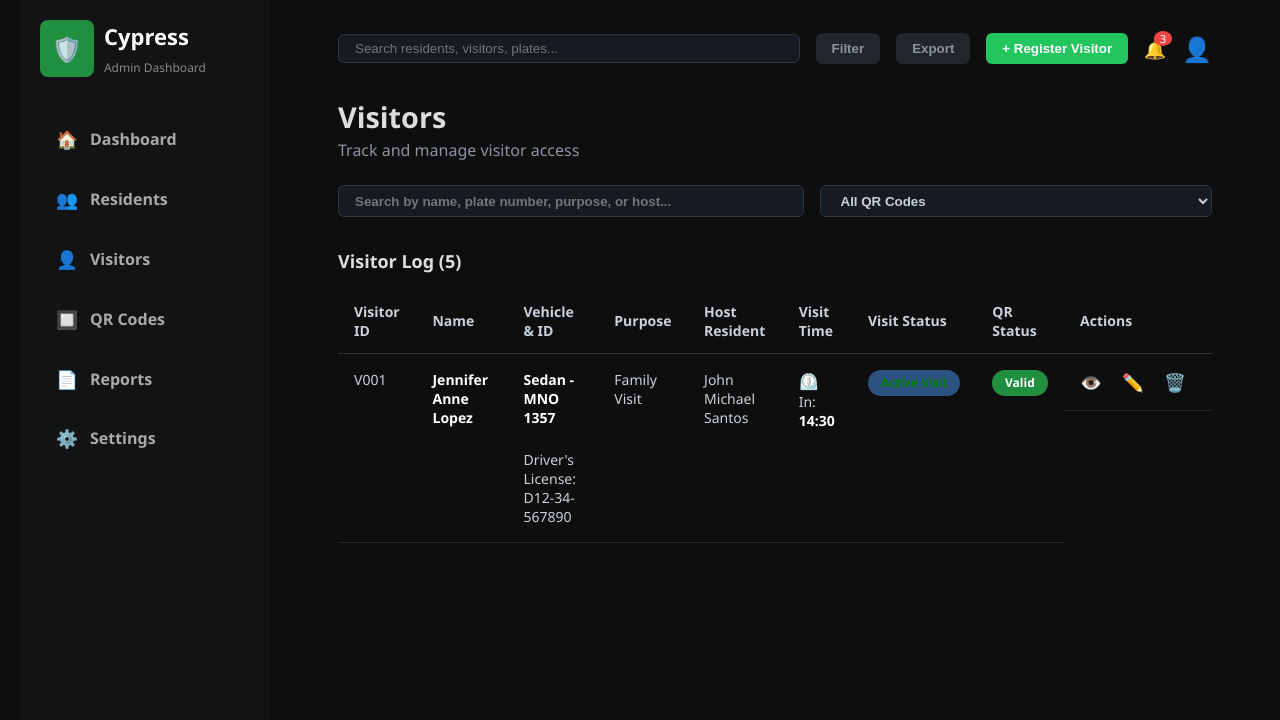
Repository: camuramon/my-project
Page: templates/admin/visitors.html
These files come from the project's save history. The page is drawn as it stood at one moment and after the next save; the edit follows.
The browser window is 1280 px wide. The pictures show the whole page.
The template is drawn by Flask 3. The application's start-up code is not run. Other server files are loaded and not shown. The template is opened directly, without the code that normally fills it, so the values that code supplies are empty.

Above is the page before, as saved 2025-09-03 12:23:31.
Console error: TypeError: Cannot set properties of null (setting 'innerHTML')

### templates/admin/visitors.html
<!DOCTYPE html>
<html lang="en">
<head>
    <meta charset="UTF-8" />
    <meta name="viewport" content="width=device-width, initial-scale=1" />
    <title>Cypress Admin Dashboard - Visitors</title>
    <!-- Connect visitor.css -->
<link rel="stylesheet" href="{{ url_for('static', filename='css/admin.css') }}">
<link rel="stylesheet" href="{{ url_for('static', filename='css/visitor.css') }}">
</head>
<body>
     <div class="container">
    <aside class="sidebar">
    <div class="logo">
        <div class="icon">🛡️</div>
        <div class="title">
            <h2>Cypress</h2>
            <span>Admin Dashboard</span>
        </div>
    </div>
    <nav>
        <ul class="sidebar-menu">
            <li class="{% if request.path == url_for('admin_dashboard') %}active{% endif %}">
                <a href="{{ url_for('admin_dashboard') }}"><span class="icon">🏠</span> Dashboard</a>
            </li>
            <li class="{% if request.path == url_for('admin_residents') %}active{% endif %}">
                <a href="{{ url_for('admin_residents') }}"><span class="icon">👥</span> Residents</a>
            </li>
            <li class="{% if request.path == url_for('admin_visitors') %}active{% endif %}">
                <a href="{{ url_for('admin_visitors') }}"><span class="icon">👤</span> Visitors</a>
            </li>
            <li>
                <a href="#"><span class="icon">🔲</span> QR Codes</a>
            </li>
            <li class="{% if request.path == url_for('admin_reports') %}active{% endif %}">
                <a href="{{ url_for('admin_reports') }}"><span class="icon">📄</span> Reports</a>
            </li>
            <li class="{% if request.path == url_for('admin_settings') %}active{% endif %}">
                <a href="{{ url_for('admin_settings') }}"><span class="icon">⚙️</span> Settings</a>
            </li>
        </ul>
    </nav>
</aside>


    <main class="main-content">
        <header class="topbar">
            <input type="search" placeholder="Search residents, visitors, plates..." />
            <div class="topbar-actions">
                <button class="btn filter">Filter</button>
                <button class="btn export">Export</button>
                <button class="btn register-visitor">+ Register Visitor</button>
                <div class="notification">
                    <span class="icon">🔔</span>
                    <span class="badge">3</span>
                </div>
                <div class="profile-icon">👤</div>
            </div>
        </header>

        <section class="page-info">
            <h2>Visitors</h2>
            <p>Track and manage visitor access</p>

            <div class="search-filter">
                <input type="search" placeholder="Search by name, plate number, purpose, or host..." />
                <select>
                    <option>All QR Codes</option>
                </select>
            </div>

            <div class="visitor-log">
                <h3>Visitor Log (5)</h3>
                  <div id="recent-visitors"></div>
                <table>
                    <thead>
                        <tr>
                            <th>Visitor ID</th>
                            <th>Name</th>
                            <th>Vehicle &amp; ID</th>
                            <th>Purpose</th>
                            <th>Host Resident</th>
                            <th>Visit Time</th>
                            <th>Visit Status</th>
                            <th>QR Status</th>
                            <th>Actions</th>
                        </tr>
                    </thead>
                    <tbody>
                        <tr>
                            <td>V001</td>
                            <td><strong>Jennifer Anne Lopez</strong></td>
                            <td>
                                <strong>Sedan - MNO 1357</strong><br />
                                Driver's License: D12-34-567890
                            </td>
                            <td>Family Visit</td>
                            <td>John Michael <br /> Santos</td>
                            <td><span class="clock-icon">⏲️</span> In:<br /><strong>14:30</strong></td>
                            <td><span class="status active-visit">Active Visit</span></td>
                            <td><span class="qr-status valid">Valid</span></td>
                            <td class="actions">
                                <span class="icon">👁️</span>
                                <span class="icon">✏️</span>
                                <span class="icon">🗑️</span>
                            </td>
                        </tr>
                        <!-- Additional visitor rows -->
                    </tbody>
                </table>
            </div>
        </section>
    </main>
<script src="{{ url_for('static', filename='js/visitors.js') }}"></script>

</body>
</html>

### static/css/admin.css
/* ===========================
   GENERAL RESET & BASE STYLES
=========================== */


* {
    box-sizing: border-box;
    margin: 0;
    padding: 0;
}

body {
    font-family: 'Segoe UI', Tahoma, Geneva, Verdana, sans-serif;
    background-color: #0e0e0f;
    color: #ddd;
    display: flex;
    min-height: 100vh;
}
html, body {
    height: 100%;
    width: 100%;
    margin: 0;
    padding: 0;
    overflow-x: hidden;
}

.container {
    display: flex;
    width: 100%;
    height: 100vh;
}


/* ===========================
   SIDEBAR
=========================== */
.sidebar {
    width: 250px;
    height: 100vh;
    background-color: #121314;
    padding: 20px;
    flex-shrink: 0;
}


.logo {
    display: flex;
    align-items: center;
    margin-bottom: 40px;
}

.logo .icon {
    background-color: #208f3f;
    padding: 12px;
    border-radius: 8px;
    font-size: 24px;
    color: white;
    margin-right: 10px;
}

.logo .title h2 {
    font-weight: 700;
    color: white;
    margin-bottom: 4px;
}

.logo .title span {
    font-size: 12px;
    color: #888;
}

.sidebar-menu {
    list-style: none;
    padding: 0;
}

.sidebar-menu li {
    margin: 15px 0;
}

.sidebar-menu li a {
    text-decoration: none;
    color: #bbb;
    font-weight: 600;
    display: flex;
    align-items: center;
    gap: 10px;
    font-size: 16px;
}

.sidebar-menu li a i {
    font-size: 18px;
}

.sidebar-menu li a {
    text-decoration: none;
    color: #bbb;
    font-weight: 600;
    display: flex;
    align-items: center;
    gap: 10px;
    font-size: 16px;
    padding: 10px 15px;
    border-radius: 8px;
    transition: background-color 0.3s ease, color 0.3s ease;
}

.sidebar-menu li.active a {
    background-color: #2a2a2e; /* darker bg for active item */
    color: white;
}

.sidebar-menu li.active a .icon {
    color: white;
}

.sidebar-menu li a:hover {
    background-color: #1d1d1f;
    color: white;
}


/* ===========================
   MAIN CONTENT
=========================== */
.main-content {
    flex-grow: 1;
    overflow-y: auto;
    padding: 25px;
    background-color: #0e0e0f;
}
/* ===========================
   HEADER / TOP BAR
=========================== */
.top-bar, .header {
    display: flex;
    justify-content: space-between;
    align-items: center;
    margin-bottom: 20px;
}

.search-bar input[type="search"] {
    width: 350px;
    padding: 10px 15px;
    border: none;
    border-radius: 10px;
    background-color: #232324;
    color: #ccc;
    font-size: 16px;
}

.top-icons, .header-icons {
    display: flex;
    gap: 15px;
}

.icon-btn, .notification-btn, .user-btn {
    background: none;
    border: none;
    color: #ccc;
    font-size: 20px;
    position: relative;
    cursor: pointer;
}

.notification-count {
    position: absolute;
    top: -8px;
    right: -8px;
    background-color: #e02e41;
    font-size: 10px;
    padding: 2px 6px;
    border-radius: 50%;
    color: white;
}

/* ===========================
   DASHBOARD HEADER & ACTIONS
=========================== */
.dashboard-header, .resident-section .sub-header {
    display: flex;
    justify-content: space-between;
    align-items: center;
    margin: 20px 0;
    flex-wrap: wrap;
}

.dashboard-header h1, .resident-section h2 {
    color: white;
}

.dashboard-header p, .resident-section .subtitle {
    color: #999;
    margin-left: 10px;
}

.actions, .buttons {
    display: flex;
    gap: 10px;
}

.filter-btn,
.export-btn,
.add-resident-btn {
    background-color: #222;
    border: none;
    color: white;
    padding: 10px 20px;
    border-radius: 8px;
    cursor: pointer;
    font-weight: 600;
}

.add-resident-btn {
    background-color: #208f3f;
}

.filter-btn:hover,
.export-btn:hover,
.add-resident-btn:hover {
    background-color: #333;
}

/* ===========================
   DASHBOARD CARDS
=========================== */
.stats-cards {
    display: flex;
    gap: 20px;
    flex-wrap: wrap;
    margin-bottom: 40px;
}

.card {
    background-color: #151517;
    border-radius: 12px;
    flex: 1 1 300px;
    padding: 20px;
    position: relative;
    color: #999;
}

.card p { margin-bottom: 8px; }

.card h2 { color: white; font-weight: 800; font-size: 28px; }

.card-icon {
    position: absolute;
    top: 20px;
    right: 20px;
    font-size: 24px;
    padding: 8px;
    border-radius: 100%;
    background-color: #333;
    color: white;
}

.card-icon.green { background-color: #208f3f; }
.card-icon.blue { background-color: #26418f; }
.card-icon.yellow { background-color: #a58f20; }
.card-icon.green-dark { background-color: #14502d; }
.card-icon.gray { background-color: #474751; }

.percentage {
    position: absolute;
    bottom: 20px;
    right: 20px;
    font-weight: 600;
    font-size: 14px;
}

.percentage.positive { color: #26ca4a; }
.percentage.neutral { color: #999; }

/* ===========================
   TABLES
=========================== */
.tables-section, .resident-directory {
    display: flex;
    gap: 20px;
    flex-wrap: wrap;
}

.table-container {
    background-color: #151517;
    padding: 20px;
    border-radius: 12px;
    flex: 1 1 500px;
    color: #bbb;
}

.table-container h3 {
    display: flex;
    justify-content: space-between;
    margin-bottom: 15px;
    color: white;
}

.view-all {
    color: #6668f8;
    font-weight: 600;
    text-decoration: none;
    font-size: 14px;
}

.view-all:hover { text-decoration: underline; }

table {
    width: 100%;
    border-collapse: collapse;
}

th, td {
    padding: 12px 10px;
    text-align: left;
    font-size: 14px;
}

thead tr { border-bottom: 1px solid #333; }
tbody tr:not(:last-child) { border-bottom: 1px solid #333; }
tbody tr:hover { background-color: #252527; }

/* ===========================
   STATUS BADGES
=========================== */
.status {
    padding: 5px 10px;
    border-radius: 20px;
    font-size: 12px;
    font-weight: 700;
    display: inline-block;
}

.status.active { background-color: #208f3f; color: white; }
.status.expired { background-color: #a5891e; color: white; }
.status.suspended { background-color: #7e1e1e; color: white; }
.status.inactive { background-color: #ff4d4f; color: white; }

.qr-status.valid { background-color: #208f3f; color: white; }
.qr-status.expired { background-color: #a5891e; color: white; }

/* ===========================
   BUTTONS, INPUTS, SELECT
=========================== */
button { cursor: pointer; border: none; border-radius: 6px; font-weight: 600; }

select, input[type="search"] {
    background-color: #232324;
    color: #ccc;
    border: 1px solid #333;
    padding: 8px 10px;
    border-radius: 6px;
}

/* ===========================
   HEADINGS & TEXT
=========================== */
h2 { font-size: 22px; margin-bottom: 5px; }
h3 { font-size: 18px; margin-bottom: 10px; }
.subtitle { color: #aaa; margin-bottom: 15px; }

strong { font-weight: 700; }

### static/css/visitor.css
/* Reset and base styles */
* {
    box-sizing: border-box;
    margin: 0;
    padding: 0;
}

body {
    font-family: 'Segoe UI', Tahoma, Geneva, Verdana, sans-serif;
    background-color: #0e0e0f;
    color: #ddd;
    display: flex;
    min-height: 100vh;
}
.container {
    display: flex;
    width: 100%;
    height: 100vh;
    padding: 0 20px; /* gap on both sides */
    box-sizing: border-box;
    gap: 20px; /* spacing between sidebar and main content */
}
/* Sidebar */
.sidebar-menu {
    list-style: none;
    padding: 0;
    margin: 0;
}

.sidebar-menu li {
    margin-bottom: 0.5rem;
}

.sidebar-menu li a {
    display: flex;
    align-items: center;
    gap: 0.75rem;
    text-decoration: none;
    padding: 0.65rem 1rem;
    border-radius: 8px;
    color: #aaa;
    font-weight: 600;
    transition: background 0.3s, color 0.3s;
}

.sidebar-menu li a i {
    font-size: 1.2rem;
}

.sidebar-menu li.active a,
.sidebar-menu li a:hover {
    background-color: #292929;
    color: white;
}


.logo h1 {
    color: #48bb78; /* Green */
    margin-bottom: 0.2rem;
}

.logo p {
    color: #8b949e;
    font-size: 0.8rem;
    margin-bottom: 2rem;
}

.navigation ul {
    list-style: none;
}

.navigation li {
    margin-bottom: 1.5rem;
}

.navigation a {
    color: #8b949e;
    text-decoration: none;
    font-weight: 600;
    font-size: 0.9rem;
    display: flex;
    align-items: center;
    gap: 8px;
}

.navigation li.active a,
.navigation a:hover {
    color: #48bb78;
}

.icon {
    font-size: 1.1rem;
}

/* Main content */
.main-content {
    flex-grow: 1;
    padding: 2rem 3rem;
    overflow-y: auto;
}

.topbar {
    display: flex;
    gap: 1rem;
    align-items: center;
    margin-bottom: 2rem;
}

.topbar input[type="search"] {
    flex-grow: 1;
    background: #161b22;
    border: 1px solid #30363d;
    border-radius: 6px;
    padding: 0.4rem 1rem;
    color: #c9d1d9;
}

.topbar-actions {
    display: flex;
    gap: 1rem;
    align-items: center;
}

.btn {
    background-color: #21262d;
    border: none;
    padding: 0.5rem 1rem;
    border-radius: 6px;
    color: #8b949e;
    cursor: pointer;
    font-weight: 600;
    transition: background-color 0.3s;
}

.btn:hover {
    background-color: #30363d;
}

.btn.register-visitor {
    background-color: #22c55e; /* Green */
    color: white;
}

.btn.register-visitor:hover {
    background-color: #16a34a;
}

.notification {
    position: relative;
    color: #8b949e;
    cursor: pointer;
}

.notification .badge {
    position: absolute;
    top: -6px;
    right: -6px;
    background-color: #ef4444;
    color: white;
    font-size: 0.7rem;
    border-radius: 50%;
    padding: 0 6px;
}

.profile-icon {
    font-size: 1.5rem;
    cursor: pointer;
}

/* Page info */
.page-info h2 {
    font-size: 1.8rem;
    font-weight: 700;
    margin-bottom: 0.2rem;
}

.page-info p {
    color: #8b949e;
    margin-bottom: 1.5rem;
}

/* Search filter */
.search-filter {
    display: flex;
    gap: 1rem;
    margin-bottom: 2rem;
}

.search-filter input,
.search-filter select {
    flex-grow: 1;
    background: #161b22;
    border: 1px solid #30363d;
    border-radius: 6px;
    padding: 0.4rem 1rem;
    color: #c9d1d9;
    font-weight: 600;
    cursor: pointer;
}

/* Visitor Log */
.visitor-log h3 {
    margin-bottom: 1rem;
}

table {
    width: 100%;
    border-collapse: collapse;
    color: #c9d1d9;
}

thead th {
    text-align: left;
    padding: 0.8rem 1rem;
    font-weight: 700;
    border-bottom: 1px solid #30363d;
}

tbody td {
    padding: 1rem;
    border-bottom: 1px solid #21262d;
    vertical-align: top;
}

tbody td strong {
    color: white;
    display: block;
    margin-bottom: 0.3rem;
}

/* Status badges */
.status {
    display: inline-block;
    padding: 0.3rem 0.8rem;
    border-radius: 9999px;
    color: white;
    font-size: 0.75rem;
    font-weight: 600;
    text-align: center;
    white-space: nowrap;
}

.active-visit {
    background-color: #2c5282; /* blue */
}

.checked-out {
    background-color: #4a5568; /* gray */
}

.qr-status {
    display: inline-block;
    padding: 0.3rem 0.8rem;
    border-radius: 9999px;
    font-size: 0.75rem;
    font-weight: 600;
    color: white;
    text-align: center;
    white-space: nowrap;
}

.valid {
    background-color: #238636; /* green */
}

.expired {
    background-color: #b45309; /* yellow/orange */
}

/* Actions icons */
.actions .icon {
    cursor: pointer;
    margin-right: 10px;
    font-size: 1.1rem;
    color: #8b949e;
}

.actions .icon:hover {
    color: #48bb78;
}

/* Smaller icons used inside the table */
.clock-icon {
    font-size: 1rem;
    padding-right: 5px;
}
.status.active-visit {
  color: green;
  font-weight: bold;
}

.status.expired {
  color: orange;
  font-weight: bold;
}

### static/js/visitors.js
// Sample visitor data
const visitors = [
  {
    name: "Jennifer Anne Lopez",
    purpose: "Family Visit",
    status: "Active",
  },
  {
    name: "Mark Anthony Garcia",
    purpose: "Delivery",
    status: "Active",
  },
  {
    name: "Sarah Jane Villareal",
    purpose: "Business Meeting",
    status: "Expired",
  }
];

// Function to create status badge
function createStatusBadge(status) {
  let colorClass = "";

  switch (status.toLowerCase()) {
    case "active":
      colorClass = "active-visit";  // Match your CSS
      break;
    case "expired":
      colorClass = "expired"; // Match your CSS
      break;
    default:
      colorClass = "badge-default";
      break;
  }

  return `<span class="status ${colorClass}">${status}</span>`;
}

// Function to render visitors into the table
function renderVisitors() {
  const tbody = document.getElementById('visitorTableBody');
  tbody.innerHTML = ''; // Clear previous content

  visitors.forEach((visitor, index) => {
    const tr = document.createElement('tr');
    tr.innerHTML = `
      <td>V00${index + 1}</td>
      <td><strong>${visitor.name}</strong></td>
      <td>—</td>
      <td>${visitor.purpose}</td>
      <td>Host Resident</td>
      <td><span class="clock-icon">⏲️</span> In:<br /><strong>14:30</strong></td>
      <td>${createStatusBadge(visitor.status)}</td>
      <td><span class="qr-status valid">Valid</span></td>
      <td class="actions">
        <span class="icon" onclick="viewVisitorDetails('${visitor.name}')">👁️</span>
        <span class="icon">✏️</span>
        <span class="icon">🗑️</span>
      </td>
    `;
    tbody.appendChild(tr);
  });

  // Update count
  const countEl = document.getElementById('visitor-count');
  if (countEl) {
    countEl.textContent = visitors.length;
  }
}

// Function to view details
function viewVisitorDetails(name) {
  const visitor = visitors.find(v => v.name === name);
  if (visitor) {
    alert(`Visitor Name: ${visitor.name}\nPurpose: ${visitor.purpose}\nStatus: ${visitor.status}`);
  } else {
    alert("Visitor not found!");
  }
}

// Load on page
window.addEventListener('DOMContentLoaded', renderVisitors);

After the next save:
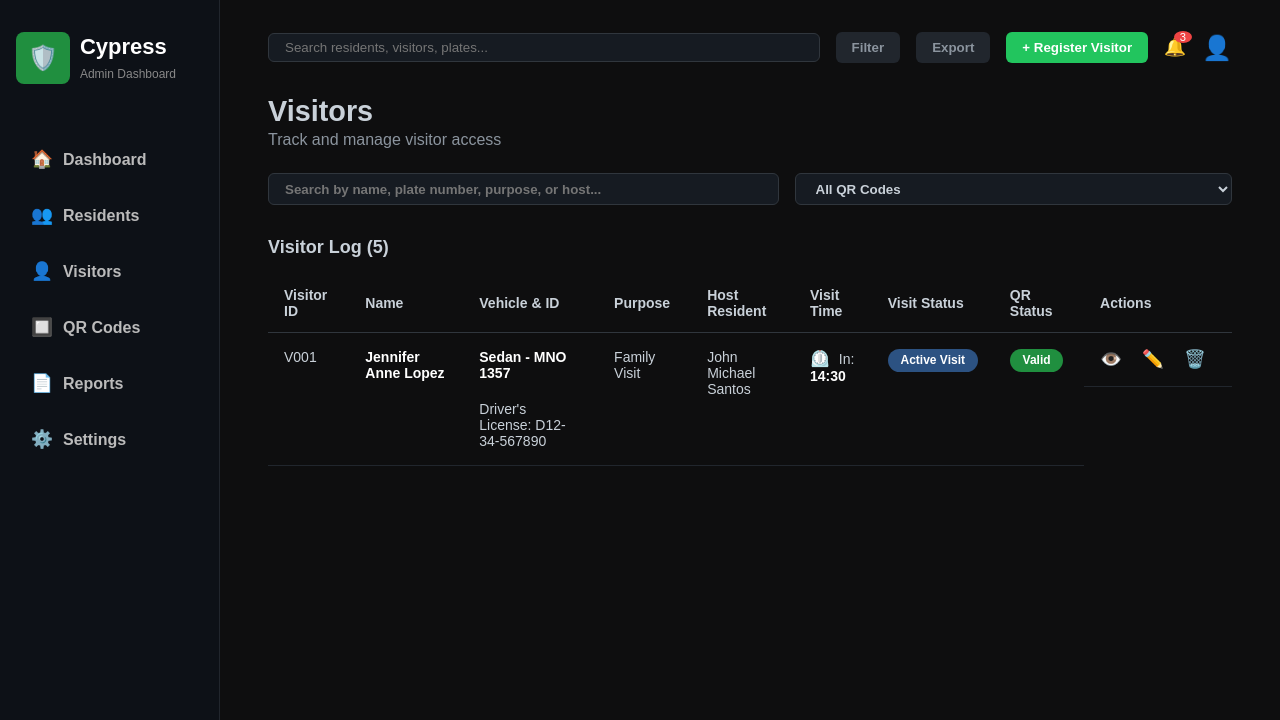
Saved 3 min 58 s later.
--- a/static/css/visitor.css
+++ b/static/css/visitor.css
@@ -1,58 +1,28 @@
 /* Reset and base styles */
 * {
-    box-sizing: border-box;
     margin: 0;
     padding: 0;
+    box-sizing: border-box;
+    font-family: 'Poppins', sans-serif;
 }
 
 body {
-    font-family: 'Segoe UI', Tahoma, Geneva, Verdana, sans-serif;
-    background-color: #0e0e0f;
-    color: #ddd;
-    display: flex;
-    min-height: 100vh;
-}
-.container {
-    display: flex;
-    width: 100%;
+    background-color: #0d1117; /* Dark background */
+    color: #c9d1d9; /* Light text */
+    display: flex;
     height: 100vh;
-    padding: 0 20px; /* gap on both sides */
-    box-sizing: border-box;
-    gap: 20px; /* spacing between sidebar and main content */
-}
+    overflow: hidden;
+}
+
 /* Sidebar */
-.sidebar-menu {
-    list-style: none;
-    padding: 0;
-    margin: 0;
-}
-
-.sidebar-menu li {
-    margin-bottom: 0.5rem;
-}
-
-.sidebar-menu li a {
-    display: flex;
-    align-items: center;
-    gap: 0.75rem;
-    text-decoration: none;
-    padding: 0.65rem 1rem;
-    border-radius: 8px;
-    color: #aaa;
-    font-weight: 600;
-    transition: background 0.3s, color 0.3s;
-}
-
-.sidebar-menu li a i {
-    font-size: 1.2rem;
-}
-
-.sidebar-menu li.active a,
-.sidebar-menu li a:hover {
-    background-color: #292929;
-    color: white;
-}
-
+.sidebar {
+    background-color: #0d1117;
+    width: 220px;
+    padding: 2rem 1rem;
+    border-right: 1px solid #21262d;
+    display: flex;
+    flex-direction: column;
+}
 
 .logo h1 {
     color: #48bb78; /* Green */
@@ -284,12 +254,3 @@
     font-size: 1rem;
     padding-right: 5px;
 }
-.status.active-visit {
-  color: green;
-  font-weight: bold;
-}
-
-.status.expired {
-  color: orange;
-  font-weight: bold;
-}

After the save that followed:
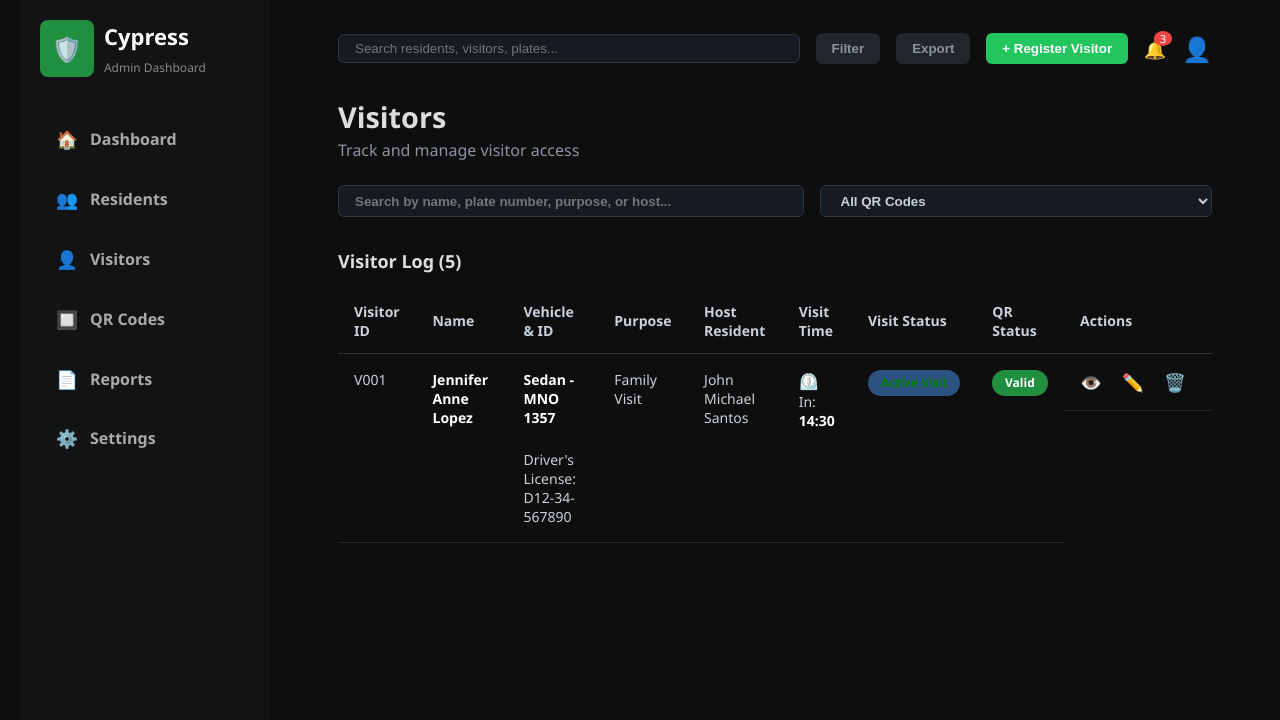
Saved 28 s later.
--- a/static/css/visitor.css
+++ b/static/css/visitor.css
@@ -1,28 +1,58 @@
 /* Reset and base styles */
 * {
+    box-sizing: border-box;
     margin: 0;
     padding: 0;
+}
+
+body {
+    font-family: 'Segoe UI', Tahoma, Geneva, Verdana, sans-serif;
+    background-color: #0e0e0f;
+    color: #ddd;
+    display: flex;
+    min-height: 100vh;
+}
+.container {
+    display: flex;
+    width: 100%;
+    height: 100vh;
+    padding: 0 20px; /* gap on both sides */
     box-sizing: border-box;
-    font-family: 'Poppins', sans-serif;
-}
-
-body {
-    background-color: #0d1117; /* Dark background */
-    color: #c9d1d9; /* Light text */
-    display: flex;
-    height: 100vh;
-    overflow: hidden;
-}
-
+    gap: 20px; /* spacing between sidebar and main content */
+}
 /* Sidebar */
-.sidebar {
-    background-color: #0d1117;
-    width: 220px;
-    padding: 2rem 1rem;
-    border-right: 1px solid #21262d;
-    display: flex;
-    flex-direction: column;
-}
+.sidebar-menu {
+    list-style: none;
+    padding: 0;
+    margin: 0;
+}
+
+.sidebar-menu li {
+    margin-bottom: 0.5rem;
+}
+
+.sidebar-menu li a {
+    display: flex;
+    align-items: center;
+    gap: 0.75rem;
+    text-decoration: none;
+    padding: 0.65rem 1rem;
+    border-radius: 8px;
+    color: #aaa;
+    font-weight: 600;
+    transition: background 0.3s, color 0.3s;
+}
+
+.sidebar-menu li a i {
+    font-size: 1.2rem;
+}
+
+.sidebar-menu li.active a,
+.sidebar-menu li a:hover {
+    background-color: #292929;
+    color: white;
+}
+
 
 .logo h1 {
     color: #48bb78; /* Green */
@@ -254,3 +284,12 @@
     font-size: 1rem;
     padding-right: 5px;
 }
+.status.active-visit {
+  color: green;
+  font-weight: bold;
+}
+
+.status.expired {
+  color: orange;
+  font-weight: bold;
+}
